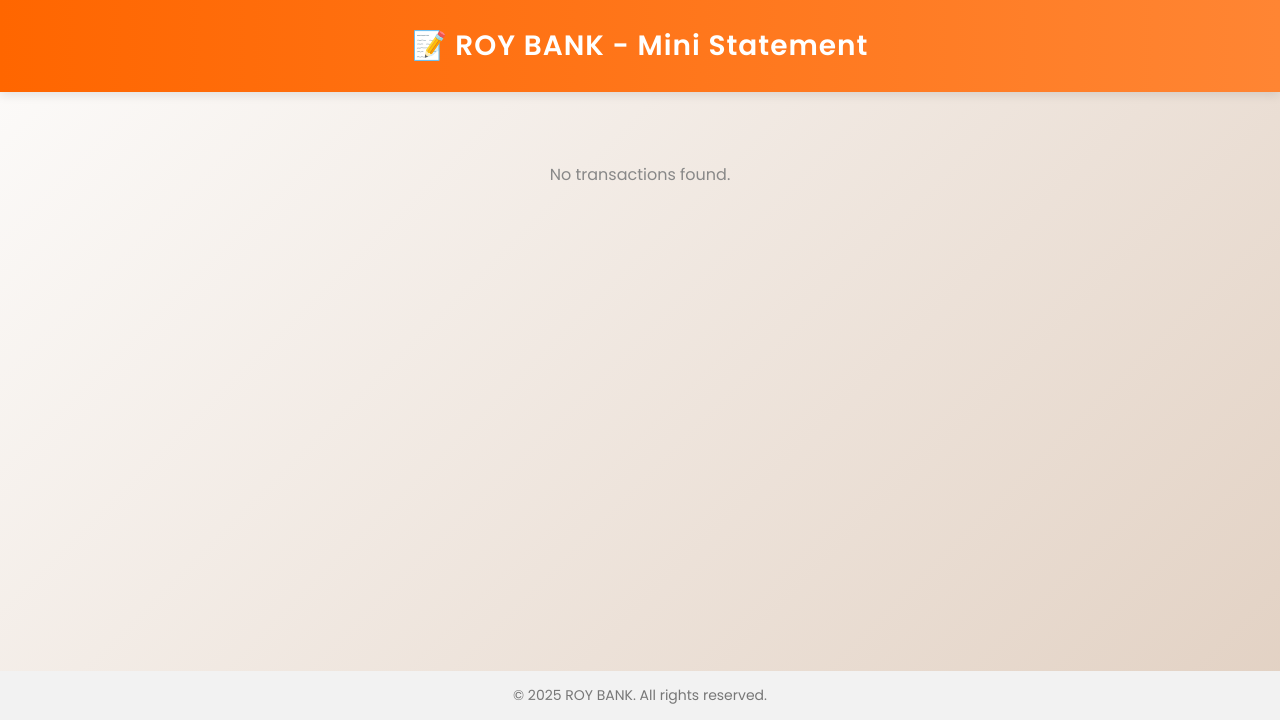
Repository: SAYAN-Rk/BankWebApp
Page: http://localhost/BankWebApp/mini_statement.jsp
The author's editor kept a copy of each file at every save. The page is drawn from the files as they stood at one save, then again after the next save.
The browser window is 1280 px wide. The pictures show the whole page.
The page is served by Tomcat 10. Other server files are loaded and not shown. The template is opened directly, without the code that normally fills it, so the values that code supplies are empty.

Above is the page before, as saved 2025-07-06 13:05:33.

### BankWebApp/src/main/webapp/mini_statement.jsp
<%@ page import="java.util.List" %>
<%@ page import="com.bankapp.Transaction" %>
<%@ page import="java.text.SimpleDateFormat" %>
<%
    List<Transaction> transactions = (List<Transaction>) request.getAttribute("transactions");
    SimpleDateFormat sdf = new SimpleDateFormat("dd-MM-yyyy");
%>
<!DOCTYPE html>
<html lang="en">
<head>
  <meta charset="UTF-8">
  <title>Mini Statement | ROY BANK</title>
  <link href="https://fonts.googleapis.com/css2?family=Poppins:wght@400;600&display=swap" rel="stylesheet">
  <style>
    * {
      box-sizing: border-box;
      font-family: 'Poppins', sans-serif;
      margin: 0;
      padding: 0;
    }
* {
  font-family: 'Poppins', 'Segoe UI Emoji', 'Apple Color Emoji', 'Noto Color Emoji', sans-serif;
}

    body {
      background: linear-gradient(135deg, #fdfcfb, #e2d1c3);
      min-height: 100vh;
      display: flex;
      flex-direction: column;
    }

    header {
      background: linear-gradient(to right, #ff6600, #ff8533);
      color: white;
      padding: 25px;
      text-align: center;
      font-size: 28px;
      font-weight: bold;
      box-shadow: 0 3px 10px rgba(0, 0, 0, 0.1);
      letter-spacing: 1px;
    }

    main {
      flex: 1;
      display: flex;
      justify-content: center;
      align-items: flex-start;
      padding: 40px 20px;
    }

    table {
      width: 100%;
      max-width: 850px;
      background-color: #fff;
      border-radius: 14px;
      border-collapse: collapse;
      box-shadow: 0 8px 24px rgba(0, 0, 0, 0.06);
      overflow: hidden;
      animation: slideIn 0.5s ease;
    }

    @keyframes slideIn {
      from { opacity: 0; transform: translateY(20px); }
      to { opacity: 1; transform: translateY(0); }
    }

    th {
      background-color: #ff6600;
      color: white;
      font-size: 16px;
      font-weight: 600;
      padding: 16px;
    }

    td {
      padding: 14px;
      font-size: 15px;
      text-align: center;
      border-bottom: 1px solid #eee;
      color: #333;
    }

    tr:last-child td {
      border-bottom: none;
    }

    .no-data {
      text-align: center;
      padding: 30px;
      font-size: 16px;
      color: #888;
    }

    footer {
      text-align: center;
      padding: 14px;
      background-color: #f2f2f2;
      font-size: 14px;
      color: #777;
    }
  </style>
</head>
<body>

  <header>&#128221; ROY BANK - Mini Statement</header>

  <main>
    <%
      if (transactions != null && !transactions.isEmpty()) {
    %>
      <table>
        <tr>
          <th>&#x1F4C5; Date</th>
          <th>&#x1F501; Type</th>
          <th>&#128184; Amount</th>
          <th>&#x1F4B0; Balance</th>
        </tr>
        <%
          for (Transaction txn : transactions) {
        %>
        <tr>
          <td><%= sdf.format(txn.getDate()) %></td>
          <td><%= txn.getType() %></td>
          <td>₹<%= String.format("%.2f", txn.getAmount()) %></td>
          <td>₹<%= String.format("%.2f", txn.getBalance()) %></td>
        </tr>
        <%
          }
        %>
      </table>
      <a href="ExportPDFServlet" class="btn">⬇️ Export Mini Statement as PDF</a>

    <%
      } else {
    %>
      <div class="no-data">No transactions found.</div>
    <%
      }
    %>
  </main>

  <footer>&copy; 2025 ROY BANK. All rights reserved.</footer>

</body>
</html>

After the next save:
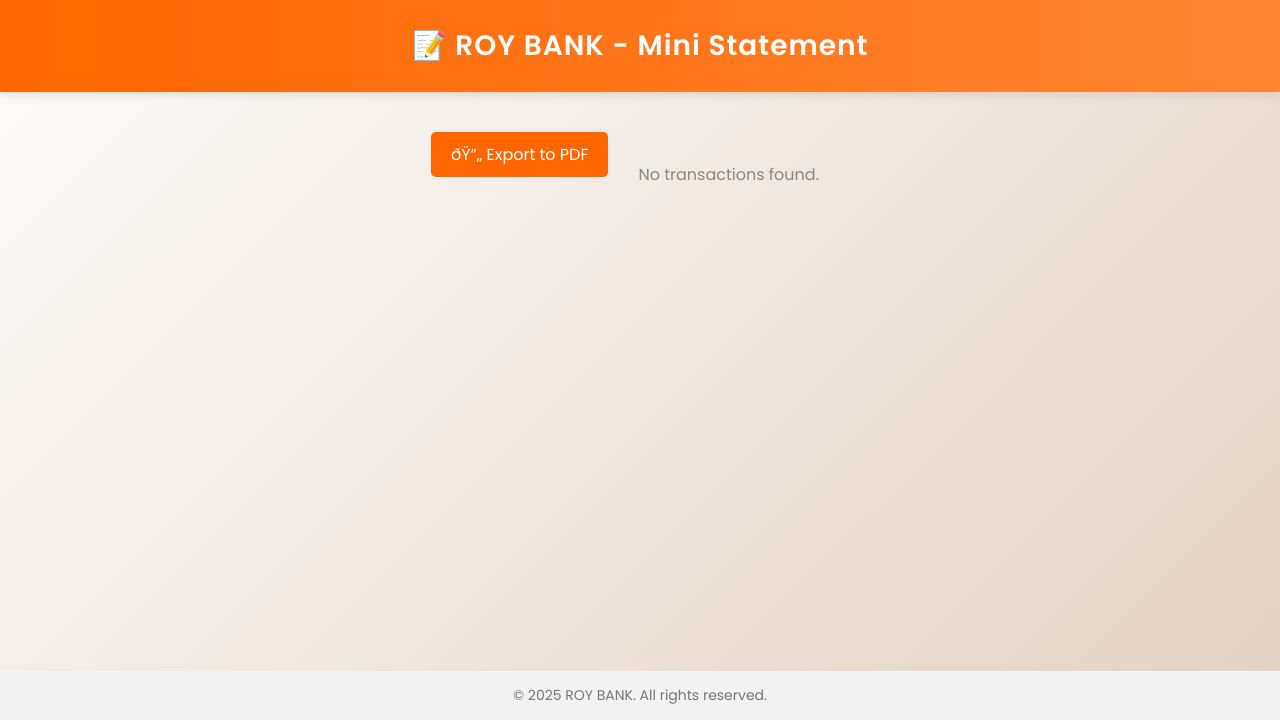
Saved 96 s later.
--- a/BankWebApp/src/main/webapp/mini_statement.jsp
+++ b/BankWebApp/src/main/webapp/mini_statement.jsp
@@ -105,6 +105,10 @@
   <header>&#128221; ROY BANK - Mini Statement</header>
 
   <main>
+  <a href="ExportPDFServlet" style="background:#ff6600;color:#fff;padding:10px 20px;text-decoration:none;border-radius:5px;">
+  📄 Export to PDF
+</a>
+
     <%
       if (transactions != null && !transactions.isEmpty()) {
     %>
@@ -128,7 +132,7 @@
           }
         %>
       </table>
-      <a href="ExportPDFServlet" class="btn">⬇️ Export Mini Statement as PDF</a>
+
 
     <%
       } else {
